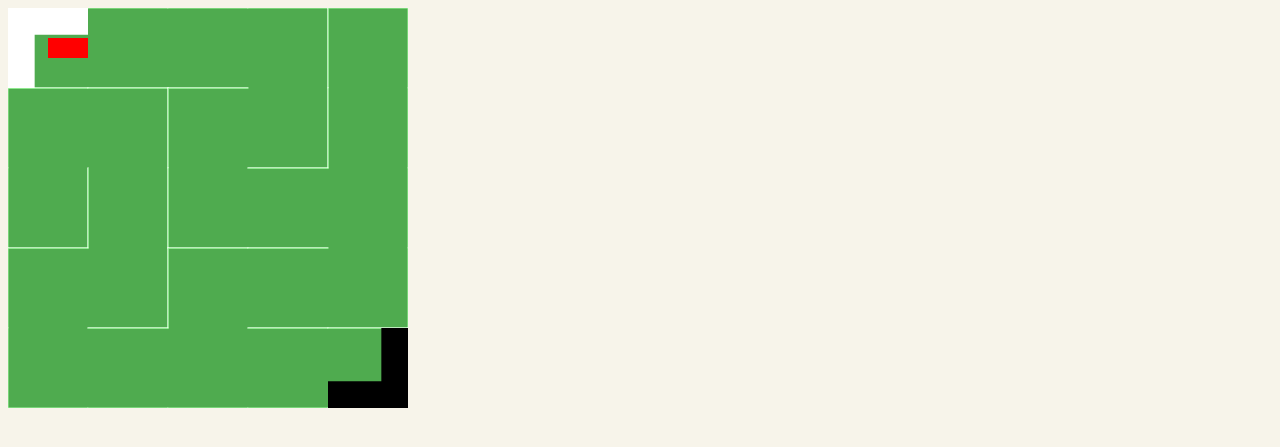
Repository: animarcus/maze-generator
Page: index.html
An editor plug-in stored every save of this project. The page is shown before and after the next save, followed by the edit.
The browser window is 1280 px wide. The pictures show the whole page.
Some web libraries are served in a nearby version.

Above is the page before, as saved 2020-09-12 19:28:07.

### index.html
<!DOCTYPE html>
<html lang="en">
<head>
  <link rel="apple-touch-icon" sizes="180x180" href="/icons/apple-touch-icon.png">
  <link rel="icon" type="image/png" sizes="32x32" href="/icons/favicon-32x32.png">
  <link rel="icon" type="image/png" sizes="16x16" href="/icons/favicon-16x16.png">
  <link rel="manifest" href="/icons/site.webmanifest">
  <link rel="mask-icon" href="/icons/safari-pinned-tab.svg" color="#5bbad5">
  <link rel="shortcut icon" href="/icons/favicon.ico">
  <meta name="msapplication-TileColor" content="#da532c">
  <meta name="msapplication-config" content="/icons/browserconfig.xml">
  <meta name="theme-color" content="#ffffff">

  <script type="text/javascript" src="https://cdn.jsdelivr.net/npm/p5@1.1.4/lib/p5.min.js"></script>
  <script src="js/cell.js"></script>
  <script src="js/sketch.js"></script>
  <script src="js/solver.js"></script>


  <link rel="stylesheet" href="css/style.css">
  <meta charset="UTF-8">
  <meta name="viewport" content="width=device-width, initial-scale=1.0, maximum-scale=1.0, user-scalable=0">
  <title>Maze Generator</title>
</head>
<body>
</body>
</html>

### js/cell.js
class Cell {
  constructor(i, j) {
    this.i = i;
    this.j = j;
    this.walls = [true,true,true,true];
    this.visited = false;
  }
  checkNeighbors() {
    let neighbors = [];
    // console.log(index(i+1  , j   ));
    let top     = grid[index(this.i    , this.j-1 )];
    let right   = grid[index(this.i+1  , this.j   )];
    let bottom  = grid[index(this.i    , this.j +1)];
    let left    = grid[index(this.i-1  , this.j   )];
    if (top && !top.visited) {
      neighbors.push(top);
    }
    if (right && !right.visited) {
      neighbors.push(right);
    }
    if (bottom && !bottom.visited) {
      neighbors.push(bottom);
    }
    if (left && !left.visited) {
      neighbors.push(left);
    }
    if (neighbors.length > 0) {
      let r = floor(Math.random() * neighbors.length);
      return neighbors[r];
    } else {
      return undefined;
    }
  }
  highlight() {
    let x = this.i * w;
    let y = this.j * w;
    fill(150, 0, 0, 255);
    noStroke();
    rect(x, y, w, w);
  }
  show() {
    let x = this.i*w;
    let y = this.j*w;
    stroke(255);
    if (this.walls[0]) {
      line(x,y,x+w,y);
    }
    if (this.walls[1]) {
      line(x+w,y,x+w,y+w);
    }
    if (this.walls[2]) {
      line(x+w,y+w,x,y+w);
    }
    if (this.walls[3]) {
      line(x,y+w,x,y);
    }
    if (this.visited) {
      noStroke();
      fill(100, 255, 100, 150);
      rect(x, y, w, w);
    }
  }
}

### js/sketch.js



let cols, rows;
let w = 80;
let grid = [];
let current;
let stack = [new Cell(0, 0)];

let generated;
let solveOK;


function setup() {
  createCanvas(400,400);
  cols = floor(width/w);
  rows = floor(width/w);

  // frameRate(7);

  generated = false;
  solveOK = false;

  for (let j = 0; j < rows; j++) {
    for (let i = 0; i < cols; i++) {
      let cell = new Cell(i,j);
      grid.push(cell);
    }
  }
  current = grid[0];
}

function draw() {
  background(51);
  for (let i = 0; i < grid.length; i++) {
    grid[i].show();
  }
  if (!generated) {
    maze.generateMaze();
  } else if (solveOK) {
    maze.solveMaze();
  }
}


let maze = {
  generateMaze : function() {
    current.visited = true;
    current.highlight();
    let next = current.checkNeighbors();
    // console.log(stack);
    if (next) {
      next.visited = true;
      //step 2
      stack.push(next);
      //step 3
      removeWalls(current, next);
      //step 4
      current = next;
    } else if (stack.length > 0) {
      current = stack.pop();
      if (stack.length == 0) {
        frameRate(3);
        // console.log("no");
        solver = new Solver(0, 0);
        generated = true;

        solveOK = true;
      }
    }
  },
  solveMaze : function() {
    // grid[0].highlight();
    noStroke();
    fill(color("white"));
    rect(grid[0].i, grid[0].j, w/3, w);
    rect(grid[0].i, grid[0].j, w, w/3);
    fill(color("black"));
    rect(grid[grid.length-1].i*w + w, grid[grid.length-1].j*w + w, -w/3, -w);
    rect(grid[grid.length-1].i*w + w, grid[grid.length-1].j*w + w, -w, -w/3);

    fill(color("red"));
    // rect(solver.i+w/10,solver.j+w/10,w-w/5,w-w/5);
    solver.draw();
    solver.move();
  }
};


function index(i, j) {
  if (i < 0 || j < 0 || i > cols-1 || j > rows-1) {
    return -1;
  }
  return i + j * cols;
}


function removeWalls(a, b) {
  let x = a.i - b.i;
  if (x === 1) {
    a.walls[3] = false;
    b.walls[1] = false;
  } else if (x == -1) {
    a.walls[1] = false;
    b.walls[3] = false;
  }

  let y = a.j - b.j;
  if (y === 1) {
    a.walls[0] = false;
    b.walls[2] = false;
  } else if (y === -1) {
    a.walls[2] = false;
    b.walls[0] = false;
  }

}

### js/solver.js
let facing;
class Solver {
  constructor(x, y) {
    this.i = x;
    this.j = y;
    this.direction = 1; // up-right-down-left
  }
  draw() {
    this.current = grid[index(this.i, this.j)];

    fill(color("red"));
    // this.direction = Math.abs(this.direction);
    let x = this.i*w;
    let y = this.j*w;
    if (this.direction % 4 === 0) {
      this.facing = grid[index(this.i, this.j-1)];
      rect(x + w/2-w/8, y + w/2, w/4, -w/2);
    } else if (this.direction % 4 === 1) {
      rect(x + w/2, y + w/2-w/8, w/2, w/4);
      this.facing = grid[index(this.i+1, this.j)];
    } else if (this.direction % 4 === 2) {
      rect(x + w/2-w/8, y + w/2, w/4, w/2);
      this.facing = grid[index(this.i, this.j+1)];
    } else if (this.direction % 4 === 3) {
      rect(x + w/2, y + w/2-w/8, -w/2, w/4);
      this.facing = grid[index(this.i-1, this.j)];
    }
  }
  move() {
    console.log(" ");
    if (this.current.walls[solveDirection(this.direction)]) {
      console.log("wall in front"); // wall in front
      if (this.current.walls[solveDirection(this.direction + 1)]) {
        console.log("wall on right", solveDirection(this.direction -1)); // wall on right
        if (this.current.walls[solveDirection(this.direction - 1)]) {
          console.log("wall on left"); // wall on left
          this.direction += 1;
        } else {
          this.direction -= 1;
        }
      } else {
        this.direction += 1;
      }
    } else {
      if (!this.current.walls[solveDirection(this.direction + 1)]) {
        this.i = this.facing.i;
        this.j = this.facing.j;
      }
    }
    // up wall check : this.current.walls[0] && this.facing.walls[2]
    // right wall check : this.current.walls[1] && this.facing.walls[3]
    // down wall check : this.current.walls[2] && this.facing.walls[0]
    // left wall check : this.current.walls[3] && this.facing.walls[1]
  }
}


function solveDirection(dir) {
  if (dir < 0) {
    dir += 4;
  }
  if (dir % 4 === 0) {
    dir = 0;
  } else if (dir % 4 === 1) {
    dir = 1;
  } else if (dir % 4 === 2) {
    dir = 2;
  } else if (dir % 4 === 3) {
    dir = 3;
  }
  return dir;
}

### css/style.css
* {
  cursor: default;
  /* -webkit-touch-callout: none;
  -webkit-user-select: none;
  -khtml-user-select: none;
  -moz-user-select: none;
  -ms-user-select: none;
  user-select: none; */
}
body {
  background: #f7f4ea;
  height: 100%;
  overflow-y: hidden;
  overflow-x: hidden;
  /* border-radius: 50%; */
}

/* p {
  position: absolute;
  top:50%;
  left:50%;
  transform: translate(-50%,-50%);
} */

After the next save:
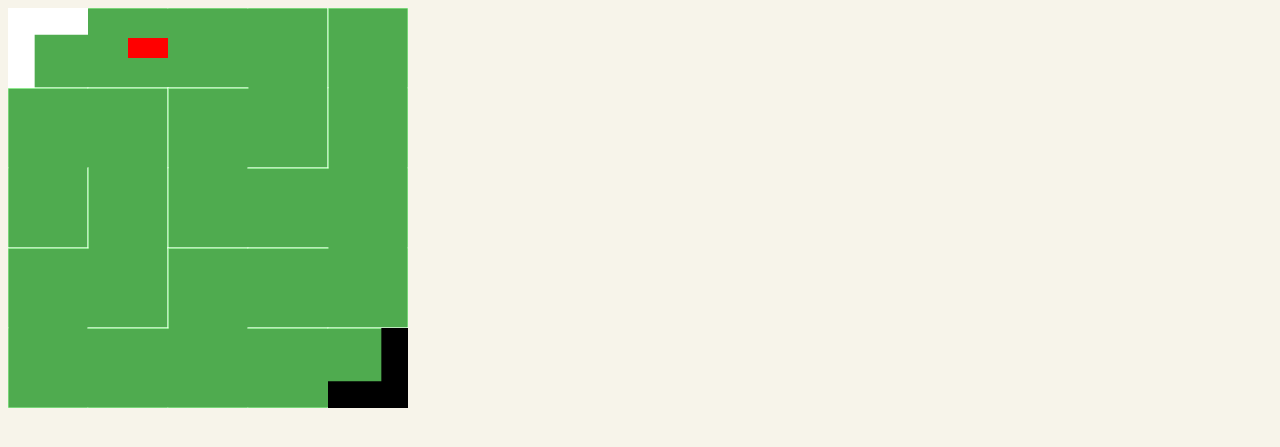
Saved 2 min 17 s later.
--- a/js/solver.js
+++ b/js/solver.js
@@ -28,23 +28,29 @@
   }
   move() {
     console.log(" ");
-    if (this.current.walls[solveDirection(this.direction)]) {
+    if (this.current.walls[solveDirection(this.direction)]) {//iswallfront
       console.log("wall in front"); // wall in front
-      if (this.current.walls[solveDirection(this.direction + 1)]) {
+
+      if (this.current.walls[solveDirection(this.direction + 1)]) {//iswallright
         console.log("wall on right", solveDirection(this.direction -1)); // wall on right
-        if (this.current.walls[solveDirection(this.direction - 1)]) {
-          console.log("wall on left"); // wall on left
-          this.direction += 1;
+
+        if (this.current.walls[solveDirection(this.direction - 1)]) { //iswallleft
+          console.log("wall on left");
+          this.direction += 1;//turn right
         } else {
-          this.direction -= 1;
+          this.direction -= 1;//turn left
         }
+
+      } else { //turn right
+        this.direction += 1;
+      }
+    } else {//nowallfront
+      if (this.current.walls[solveDirection(this.direction + 1)]) {//iswallright
+        console.log("wall on right", solveDirection(this.direction -1)); // wall on right
+        this.i = this.facing.i;
+        this.j = this.facing.j;
       } else {
         this.direction += 1;
-      }
-    } else {
-      if (!this.current.walls[solveDirection(this.direction + 1)]) {
-        this.i = this.facing.i;
-        this.j = this.facing.j;
       }
     }
     // up wall check : this.current.walls[0] && this.facing.walls[2]
